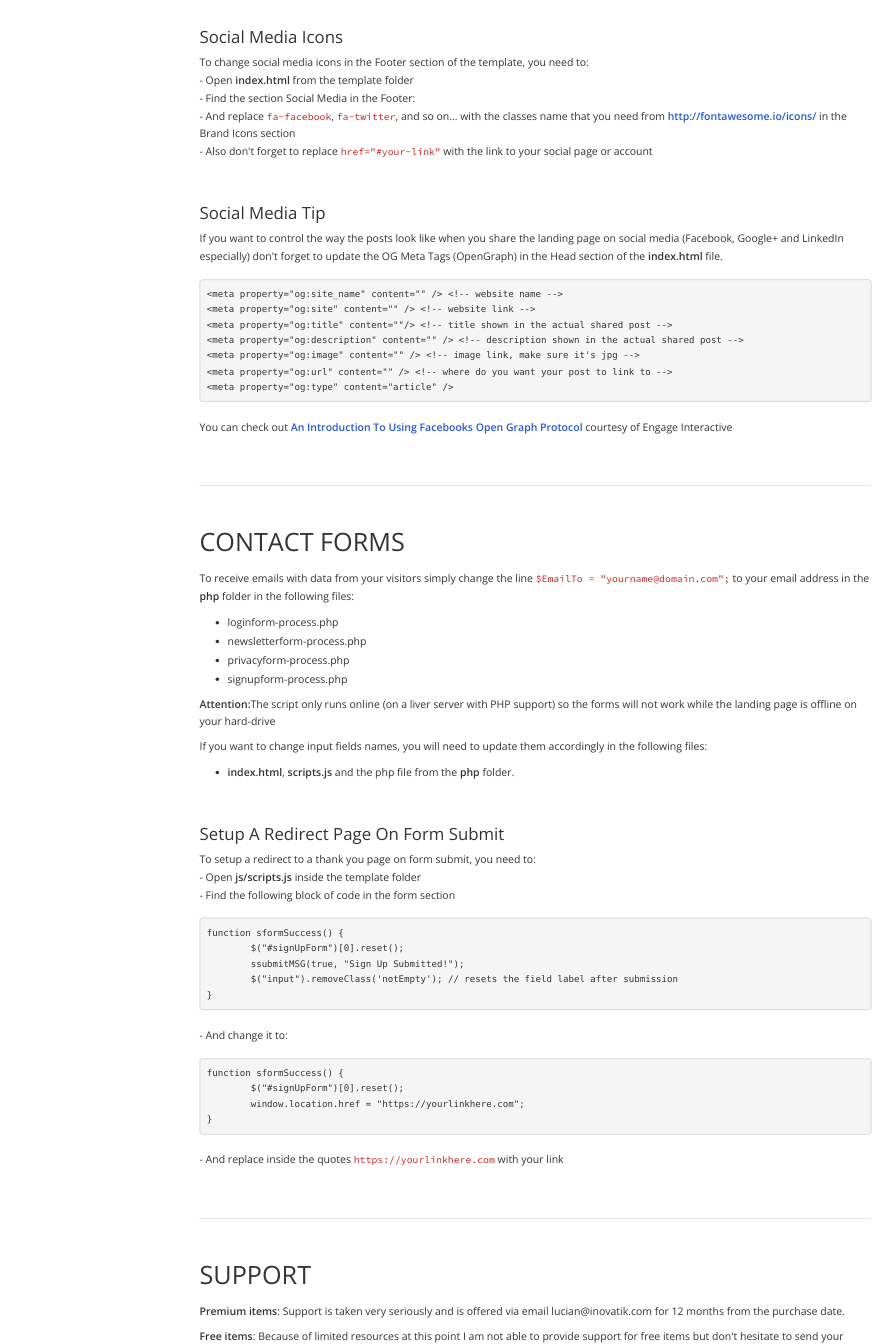
Repository: sibina-sto/tivo
Page: public/documentation/index.html
An editor plug-in stored every save of this project. The page is shown before and after a run of saves, followed by the edit.
The browser window is 1280 px wide. The pictures show the part of the page from y = 4580 to 6500 px (the page is 6653 px tall before and 6656 px after), at 70% of full size.

Above is the page before, as saved 2023-04-29 20:42:01.

After the next 3 saves:
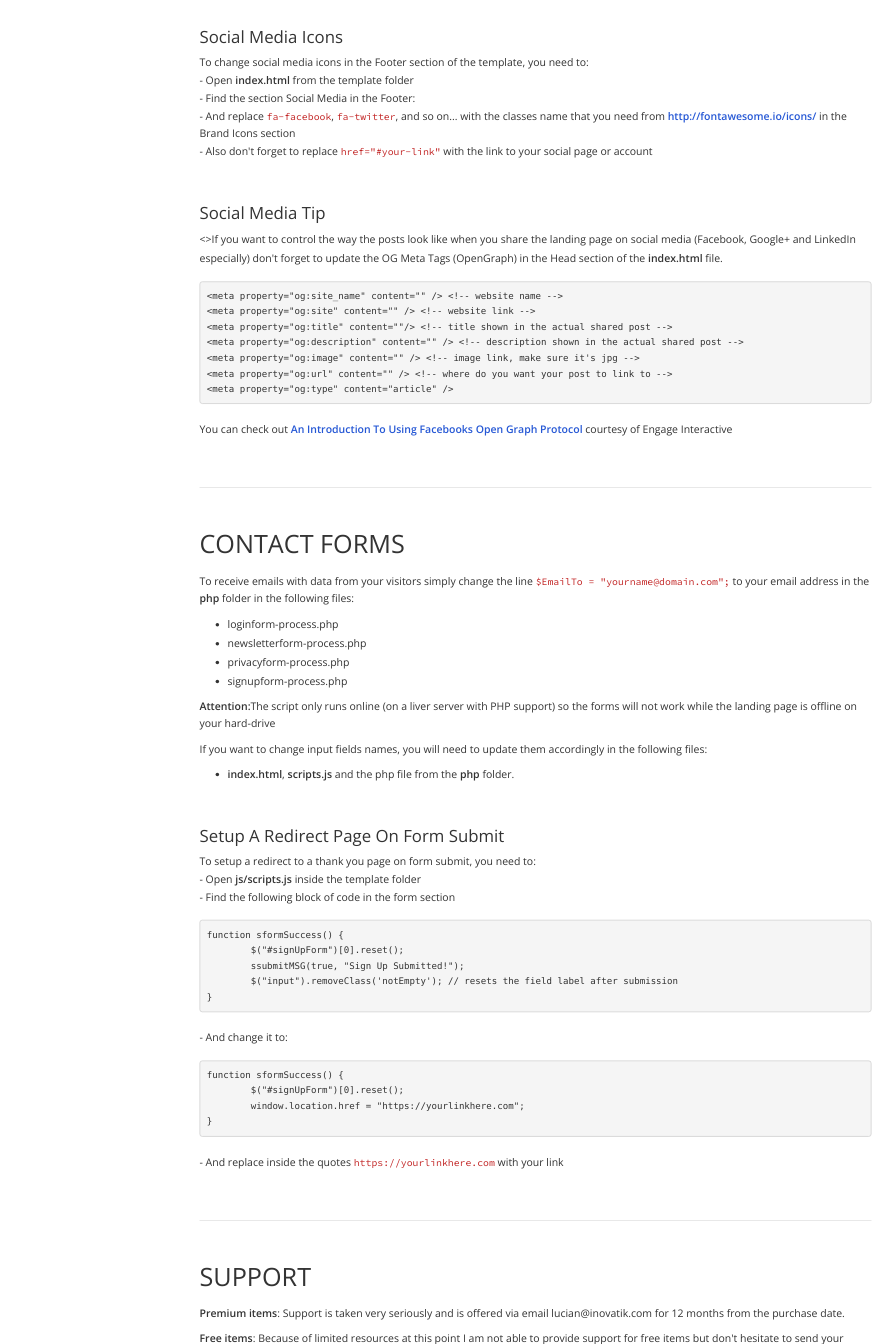
The 3 saves are shown as one change because they came seconds apart.
The last was saved 72 s later.
--- a/public/documentation/index.html
+++ b/public/documentation/index.html
@@ -233,7 +233,7 @@ var textSlider = new Swiper('.text-slider', {
 						</p>
 
 						<h3>Social Media Tip</h3>
-						<p>If you want to control the way the posts look like when you share the landing page on social media (Facebook, Google+ and LinkedIn especially) don't forget to update the OG Meta Tags (OpenGraph) in the Head section of the <b>index.html</b> file.
+						<>If you want to control the way the posts look like when you share the landing page on social media (Facebook, Google+ and LinkedIn especially) don't forget to update the OG Meta Tags (OpenGraph) in the Head section of the <b>index.html</b> file.
 <pre class="code-format">
 &lt;meta property="og:site_name" content="" /&gt; &lt;!-- website name --&gt;
 &lt;meta property="og:site" content="" /&gt; &lt;!-- website link --&gt;
